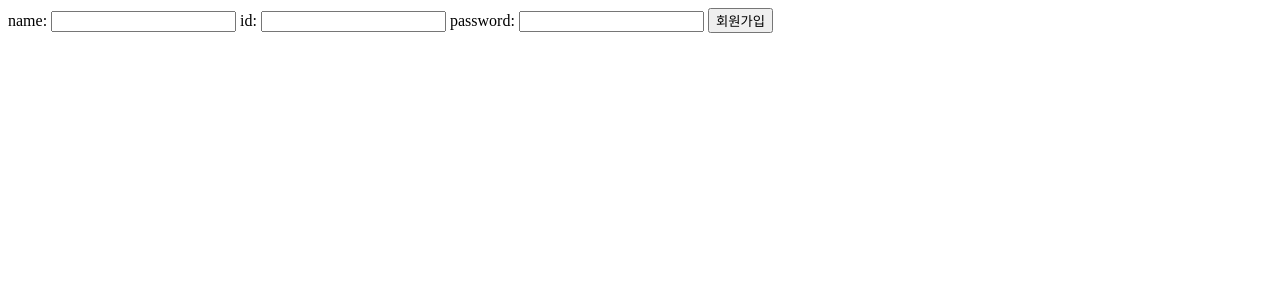
Repository: 621hjmit/workspace
Page: http://localhost/ooing/user/insert.jsp
An editor plug-in stored every save of this project. The page is shown before and after the next save, followed by the edit.
The browser window is 1280 px wide. The pictures show the whole page.
The page is served by Tomcat 9.

Above is the page before, as saved 2024-08-27 08:24:01.

### ooing/src/main/webapp/user/insert.jsp
<%@ page language="java" contentType="text/html; charset=UTF-8"
    pageEncoding="UTF-8"%>
<!DOCTYPE html>
<html>
<head>
<meta charset="UTF-8">
<title>Insert title here</title>
</head>
<body>
<form action="get">
    name: <input type="text" name="uName">
    id: <input type="text" name="uId">
    password: <input type="password" name="uPwd">
    <button>회원가입</button>
</form>

</body>
</html>

After the next save:
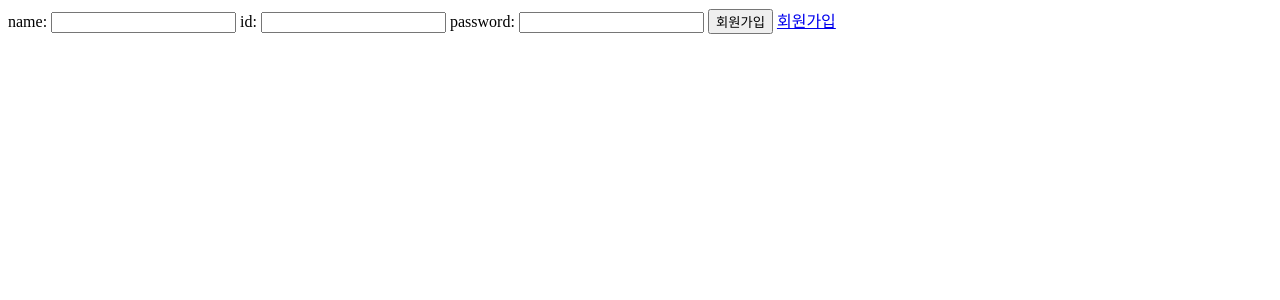
Saved 70 s later.
--- a/ooing/src/main/webapp/user/insert.jsp
+++ b/ooing/src/main/webapp/user/insert.jsp
@@ -12,6 +12,7 @@
     id: <input type="text" name="uId">
     password: <input type="password" name="uPwd">
     <button>회원가입</button>
+    <a href="/user/insert.jsp">회원가입</a>
 </form>
 
 </body>
